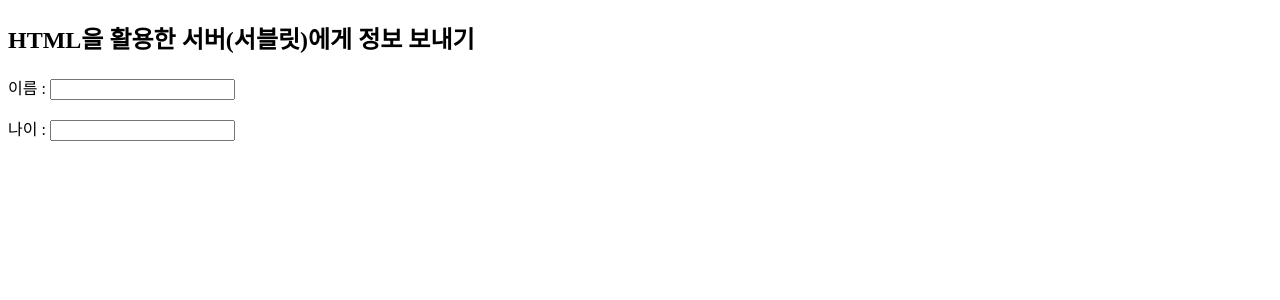
Repository: Kebiskim/2023_jspStudy
Page: 01_servlet/src/main/webapp/view/Ex06.html
An editor plug-in stored every save of this project. The page is shown before and after the next save, followed by the edit.
The browser window is 1280 px wide. The pictures show the whole page.

Above is the page before, as saved 2023-06-30 03:41:37.

After the next save:
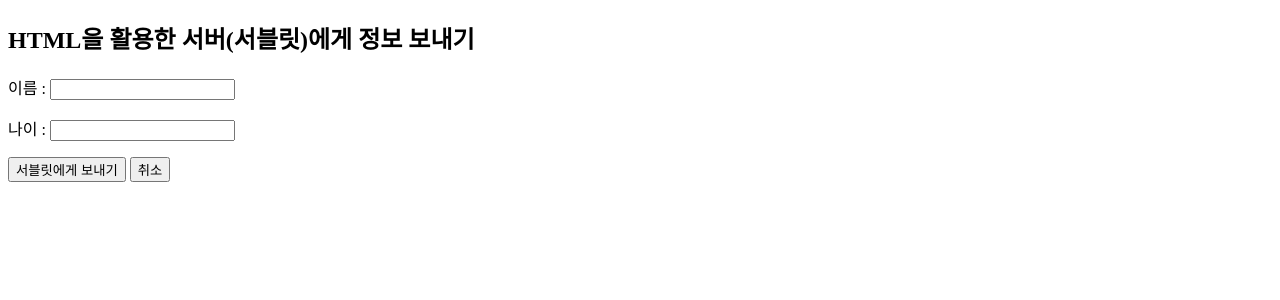
Saved 97 s later.
--- a/01_servlet/src/main/webapp/view/Ex06.html
+++ b/01_servlet/src/main/webapp/view/Ex06.html
@@ -9,6 +9,8 @@
 	<form action="" method="get">
 		<p><label for="name">이름 : </label><input type="text" name="name" id="name" required></p>
 		<p><label for="age">나이 : </label><input type="number" name="age" id="age" required></p>
+		<input type="submit" value="서블릿에게 보내기">
+		<input type="reset" value="취소">
 	</form>
 </body>
 </html>
